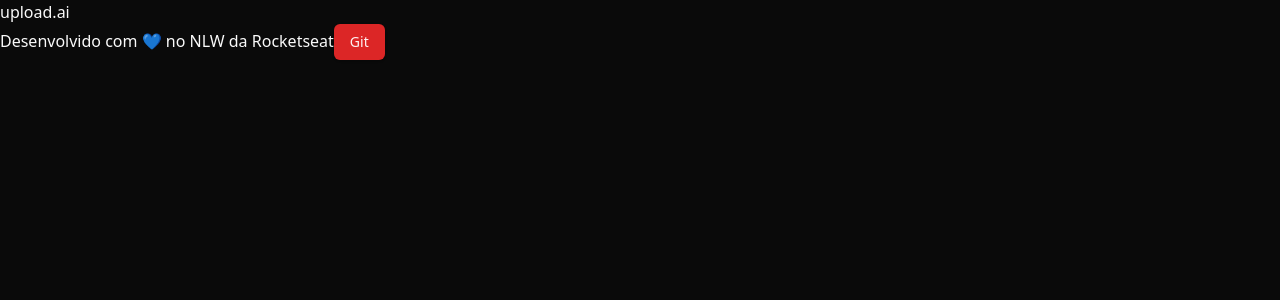
Repository: ricardolimati/upload-ai-web
Page: /
An editor plug-in stored every save of this project. The page is shown before and after the next save, followed by the edit.
The browser window is 1280 px wide. The pictures show the whole page.
The project was rebuilt for these pictures with package versions that can differ from the ones it lists, and the page was loaded fresh each time. Also part of the build but not shown: vite.config.ts.

Above is the page before, as saved 2023-09-11 23:05:43.

After the next save:
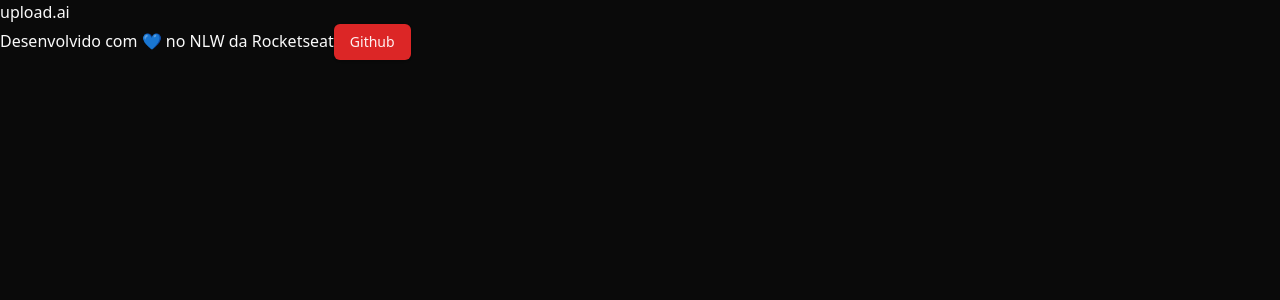
Saved 4 s later.
--- a/src/App.tsx
+++ b/src/App.tsx
@@ -7,7 +7,7 @@ export function App() {
       <h1>upload.ai</h1>
       <div>
         <span>Desenvolvido com 💙 no NLW da Rocketseat</span>
-        <Button>Git</Button>
+        <Button>Github</Button>
       </div>
     </div>
    </div>
